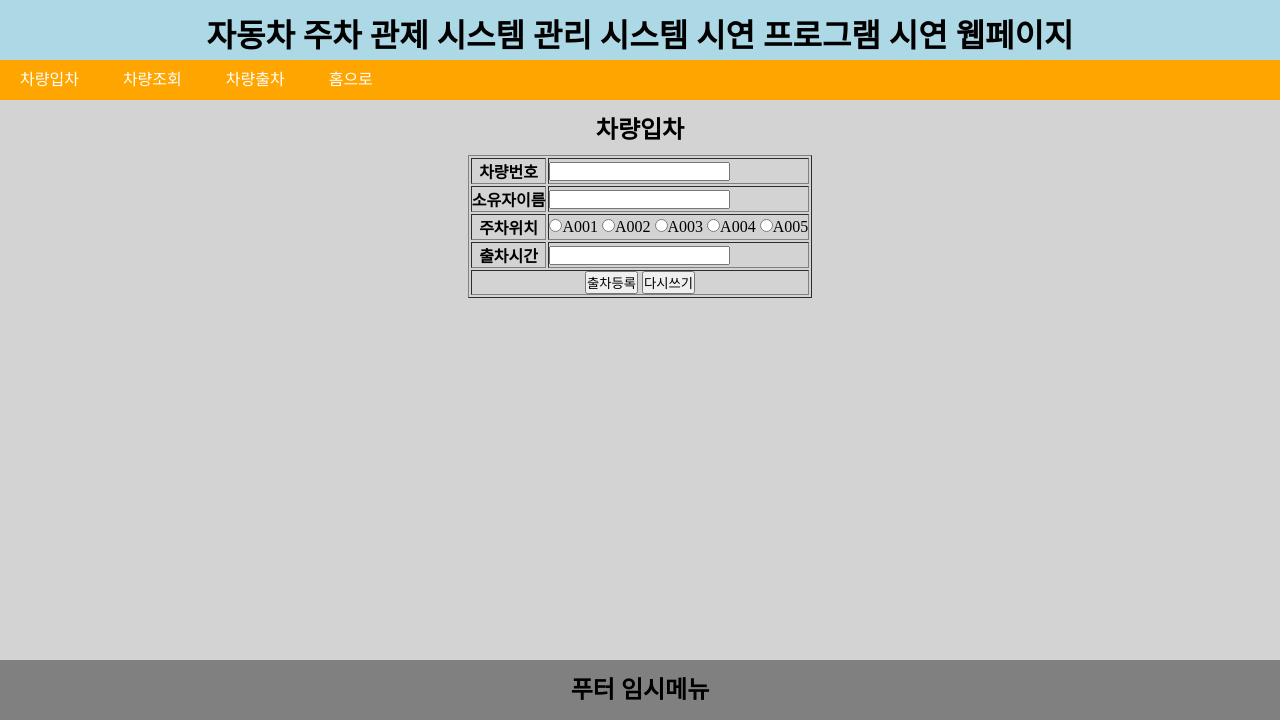
Repository: Ghraminal/mytest
Page: http://localhost/farking/out.jsp
These files come from the project's save history. The page is drawn as it stood at one moment and after the next save; the edit follows.
The browser window is 1280 px wide. The pictures show the whole page.
The page is served by Tomcat 9.

Above is the page before, as saved 2025-08-20 06:34:59.

### farking/src/main/webapp/out.jsp
<%@ page language="java" contentType="text/html; charset=UTF-8"
    pageEncoding="UTF-8"%>
<!DOCTYPE html>
<html>
<head>
<meta charset="UTF-8">
<title>Insert title here</title>
<style>
	*{
		margin: 0;
		padding: 0;
		list-style: none;
		text-decoration: none;
		box-sizing: border-box;
	}
	section{
		width: 100%;
		height: calc(100vh - 160px);
		background-color: lightgray;
	}
	h2{
		justify-content: center;
		text-align: center;
		padding: 20px;
	}
	form{
		display: flex;
		justify-content: center;
	}
</style>
</head>
<body>
<jsp:include page="header.jsp"></jsp:include>
<jsp:include page="nav.jsp"></jsp:include>
<section>

<h2>차량입차</h2>

<form action="action.jsp" method="post" name="frm">
	<table border="1">
		<tr>
			<th>차량번호</th>
			<td><input type="text" name="car_number"></td>
		</tr>
		<tr>
			<th>소유자이름</th>
			<td><input type="text" name="owner_name"></td>
		</tr>
		<tr>
			<th>주차위치</th>
			<td>
			<input type="radio" name="location">A001
			<input type="radio" name="location">A002
			<input type="radio" name="location">A003
			<input type="radio" name="location">A004
			<input type="radio" name="location">A005
			</td>
		</tr>
		<tr>
			<th>출차시간</th>
			<td><input type="text" name="departure_time"></td>
		</tr>
		<tr>
			<th colspan="2">
				<input type="button" value="출차등록" onclick="check()">
				<input type="button" value="다시쓰기" onclick="resett()">
			</th>
		</tr>
	</table>
</form>

</section>
<jsp:include page="footer.jsp"></jsp:include>
<script type="text/javascript" src="check.js"></script>
</body>
</html>

### farking/src/main/webapp/header.jsp
<%@ page language="java" contentType="text/html; charset=UTF-8"
    pageEncoding="UTF-8"%>
<!DOCTYPE html>
<html>
<head>
<meta charset="UTF-8">
<title>Insert title here</title>
<style>
	*{
		margin: 0;
		padding: 0;
		list-style: none;
		text-decoration: none;
		box-sizing: border-box;
	}
	header{
		width: 100%;
		height: 60px;
		background-color: lightblue;
	}
	h1{
		justify-content: center;
		text-align: center;
		padding: 10px;
	}
</style>
</head>
<body>
<header>
	<h1>자동차 주차 관제 시스템 관리 시스템 시연 프로그램 시연 웹페이지</h1>
</header>

</body>
</html>

### farking/src/main/webapp/nav.jsp
<%@ page language="java" contentType="text/html; charset=UTF-8"
	pageEncoding="UTF-8"%>
<!DOCTYPE html>
<html>
<head>
<meta charset="UTF-8">
<title>nav</title>
<style>
nav {
	width: 100%;
	height: 40px;
	background-color: orange;
	line-height: 40px;
}

nav a {
	color: white;
	padding: 0 20px;
}
</style>
</head>
<body>
	<nav>
		<a href="insert.jsp">차량입차</a>
		<a href="list.jsp">차량조회</a>
		<a href="out.jsp">차량출차</a>
		<a href="index.jsp">홈으로</a>
	</nav>
</body>
</html>

### farking/src/main/webapp/footer.jsp
<%@ page language="java" contentType="text/html; charset=UTF-8"
    pageEncoding="UTF-8"%>
<!DOCTYPE html>
<html>
<head>
<meta charset="UTF-8">
<title>Insert title here</title>
<style>
	*{
		margin: 0;
		padding: 0;
		list-style: none;
		text-decoration: none;
		box-sizing: border-box;
	}
	footer{
		width: 100%;
		height: 60px;
		background-color: gray;
	}
	h2{
		justify-content: center;
		text-align: center;
		padding: 10px;
	}
</style>
</head>
<body>
<footer>
<h2>푸터 임시메뉴</h2>
</footer>

</body>
</html>

### farking/src/main/webapp/check.js
function check(){
	if(document.frm.car_number.value == ""){
		alert("차 번호가 입력되지 않았습니다.");
		document.frm.car_number.focus();
	}
	else if(document.frm.owner_name.value == ""){
		alert("소유자 이름이 입력되지 않았습니다.");
		document.frm.owner_name.focus();
	}
	else if(document.frm.location.value == ""){
		alert("주차 위치가 입력되지 않았습니다.");
		document.frm.location.focus();
	}
	else if(document.frm.entrance_time.value == ""){
		alert("입차 시간이 입력되지 않았습니다.");
		document.frm.entrance_time.focus();
	}
	else{
		document.frm.submit();
	}
}
function resett(){
	alert("입력 내용을 지우고, 처음부터 다시 작성합니다.");
	document.frm.reset();
}
function serch(){
	if(document.frm.car_number.value == ""){
		alert("차 번호가 입력되지 않았습니다.");
		document.frm.car_number.focus();
	}
	else{
		document.frm.submit();
	}
}

After the next save:
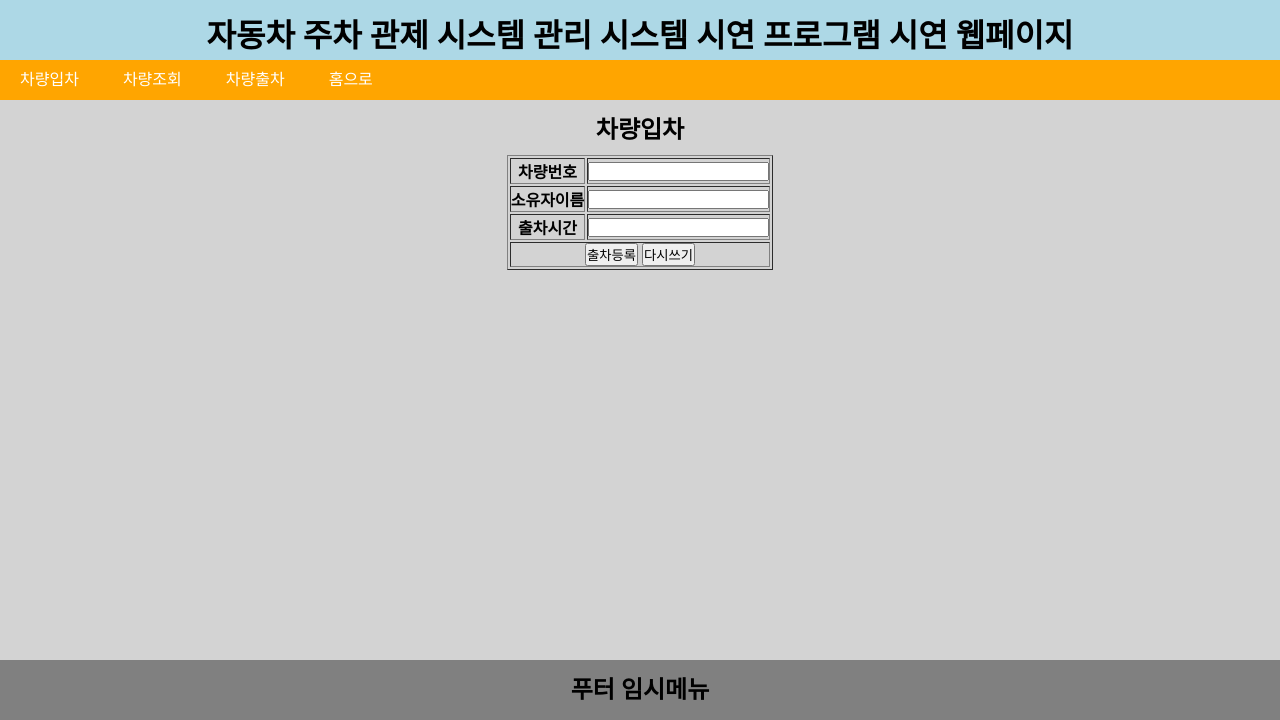
Saved 3 min 32 s later.
--- a/farking/src/main/webapp/out.jsp
+++ b/farking/src/main/webapp/out.jsp
@@ -47,16 +47,6 @@
 			<td><input type="text" name="owner_name"></td>
 		</tr>
 		<tr>
-			<th>주차위치</th>
-			<td>
-			<input type="radio" name="location">A001
-			<input type="radio" name="location">A002
-			<input type="radio" name="location">A003
-			<input type="radio" name="location">A004
-			<input type="radio" name="location">A005
-			</td>
-		</tr>
-		<tr>
 			<th>출차시간</th>
 			<td><input type="text" name="departure_time"></td>
 		</tr>
